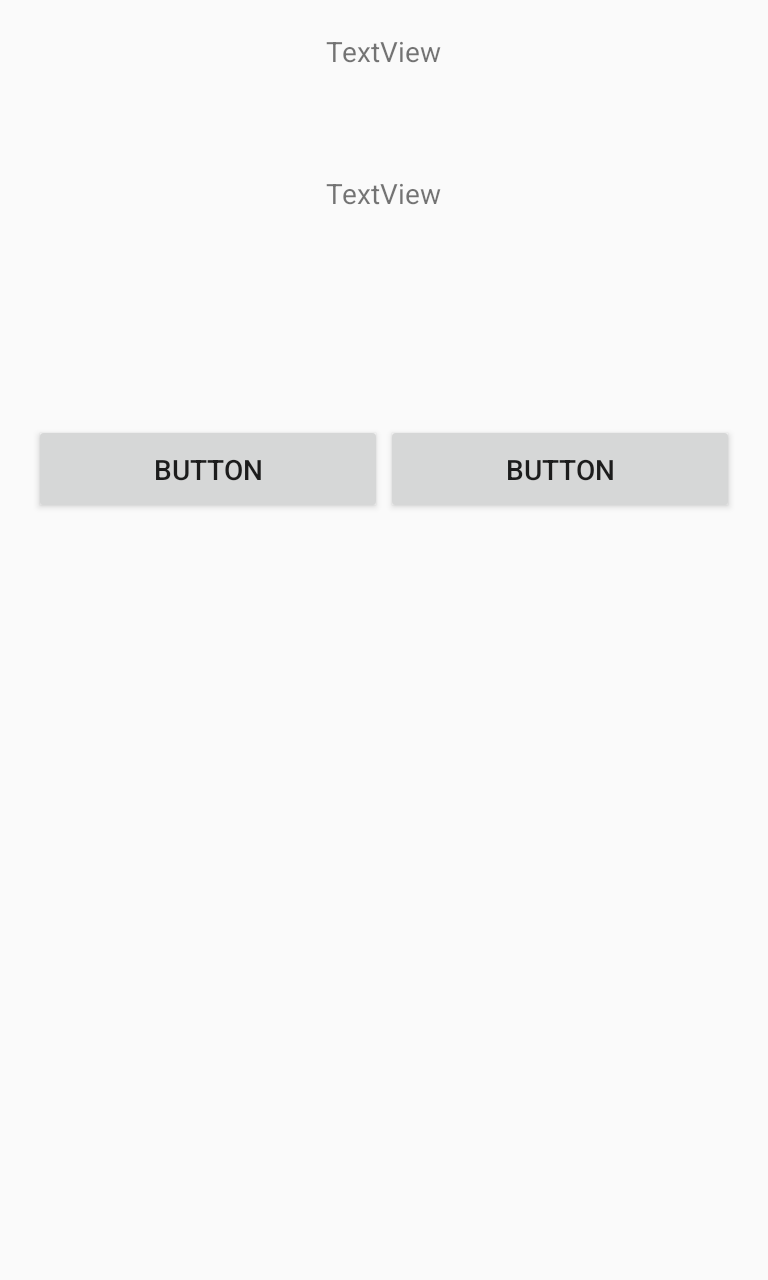
Repository: GitDidNotExitCleanly/AndroidTimer
Layout: StopWatch/res/layout/activity_main.xml
An editor plug-in stored every save of this project. The layout is shown before and after the next save, followed by the edit.
It is drawn on a 768 x 1280 px phone screen (xhdpi) without system bars, with theme AppTheme; the app's code is not run. Lists and similar views that code fills are empty.

Above is the layout before, as saved 2015-03-04 23:04:22.

After the next save:
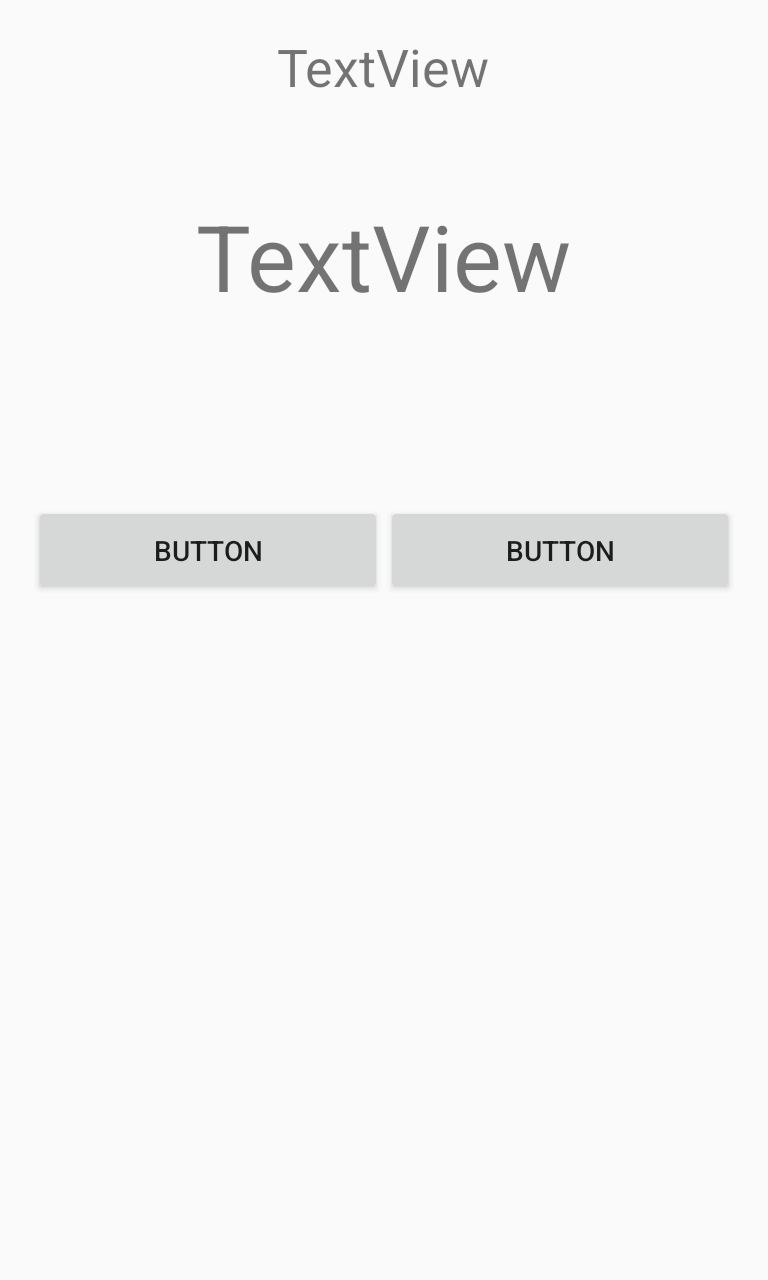
Saved 36 s later.
--- a/StopWatch/res/layout/activity_main.xml
+++ b/StopWatch/res/layout/activity_main.xml
@@ -23,14 +23,16 @@
             android:layout_width="wrap_content"
             android:layout_height="wrap_content"
             android:layout_weight="1"
-            android:text="TextView" />
+            android:text="TextView"
+            android:textSize="@dimen/stopwatch_small_time" />
 
         <TextView
             android:id="@+id/textView2"
             android:layout_width="wrap_content"
             android:layout_height="wrap_content"
             android:layout_weight="2"
-            android:text="TextView" />
+            android:text="TextView"
+            android:textSize="@dimen/stopwatch_large_time" />
 
         <LinearLayout
             android:id="@+id/LinearLayout2"
